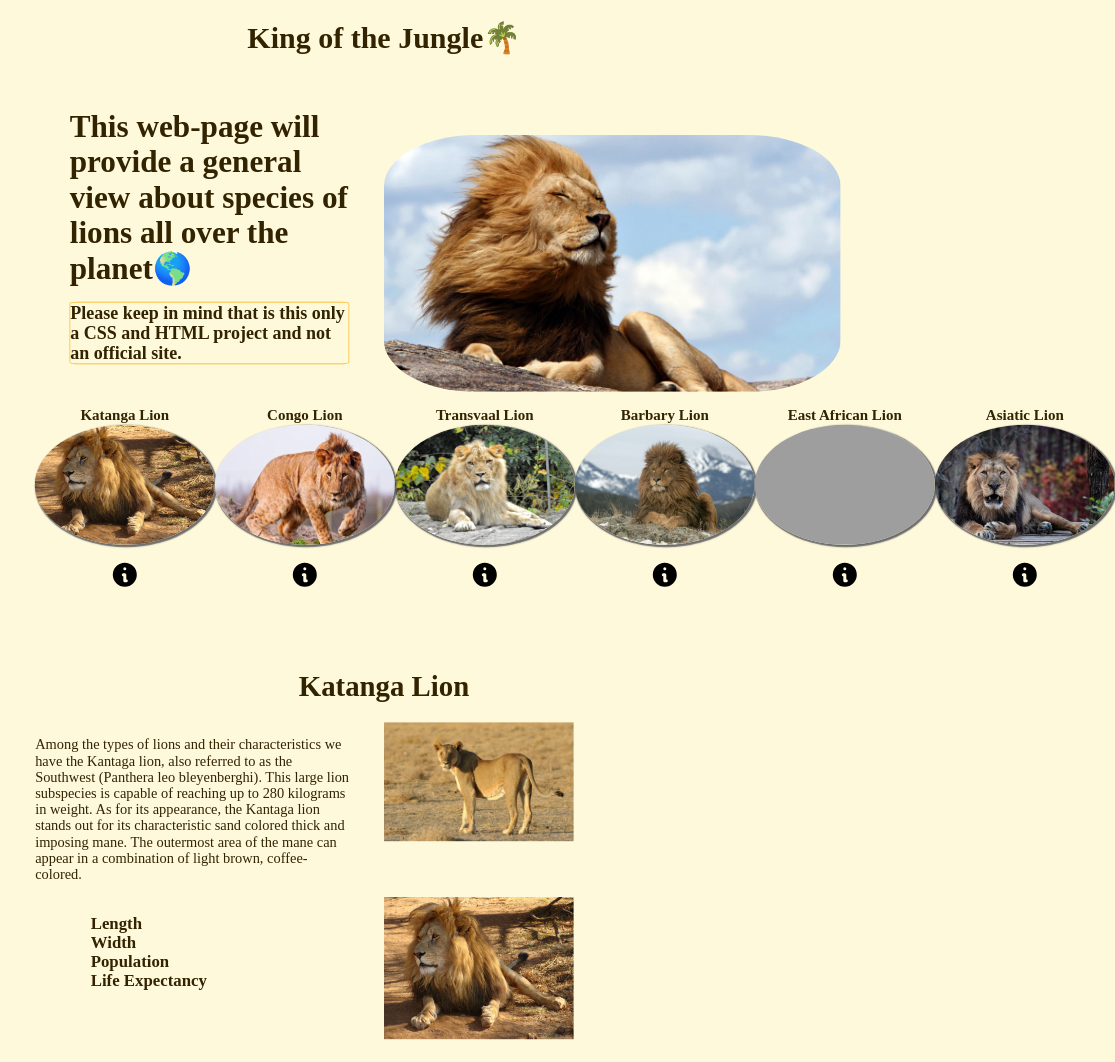
Repository: GeorgeManias/lions_project
Page: index.html
The author's editor kept a copy of each file at every save. The page is drawn from the files as they stood at one save, then again after the next save.
The browser window is 1280 px wide. The page is 1858 px wide, so the pictures cover 1858 px, including what lies to the right of the window. The pictures show the whole page, at 60% of full size.
Pictures or frames that could not be fetched are drawn as grey boxes. Some web fonts or font styles are not loaded; a fallback is used.

Above is the page before, as saved 2021-11-05 20:34:49.

After the next save:
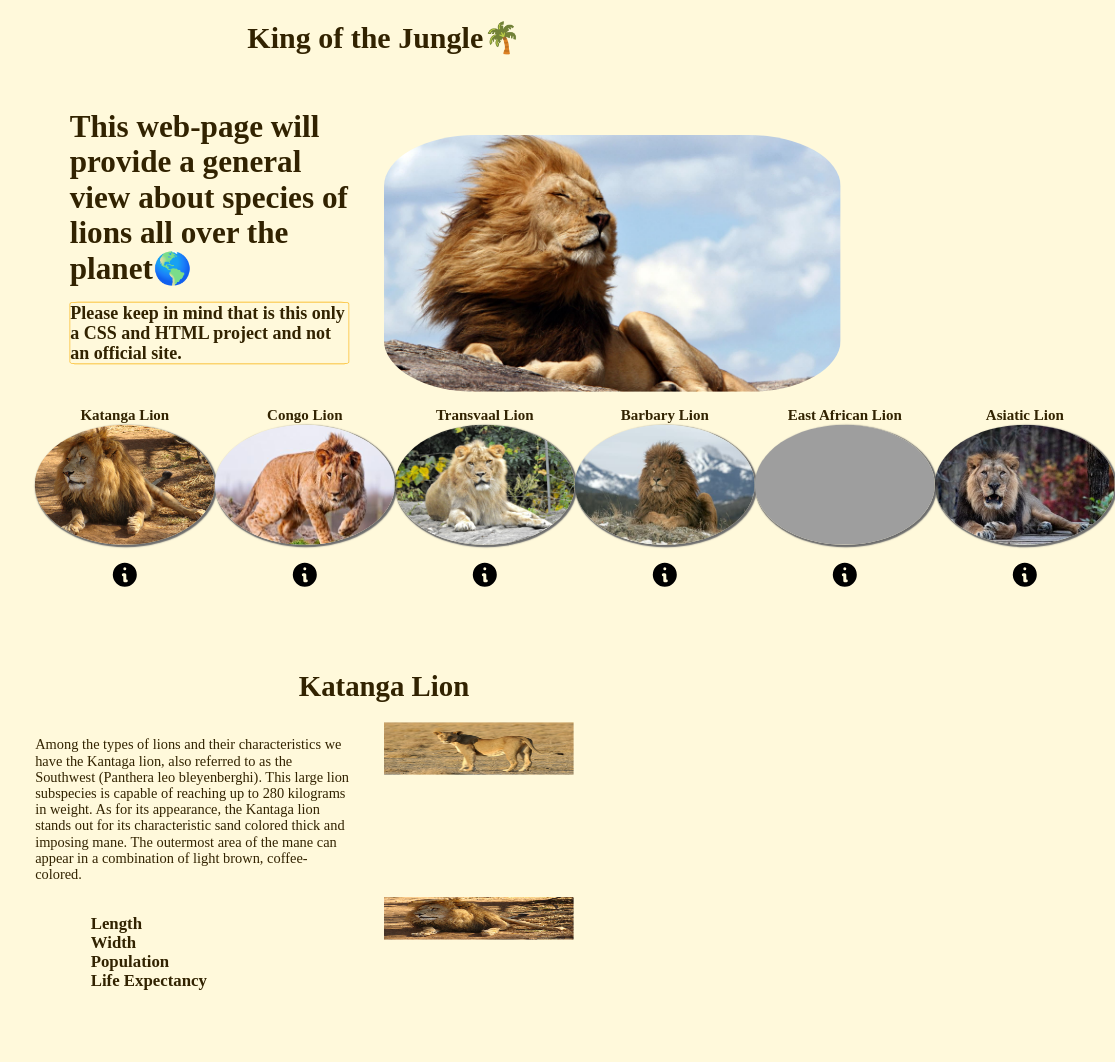
Saved 20 s later.
--- a/index.css
+++ b/index.css
@@ -293,9 +293,11 @@ Katanga Analysis 1/6 Arxh
 
 .analysis_male_lion {
   width: 50%;
+  height: 30%;
 }
 .analysis_female_lion {
   width: 50%;
+  height: 30%;
 }
 /*Katanga Analysis stixisi Arxh///////////////////////////////////////////////*/
 .analysis_h1 {
